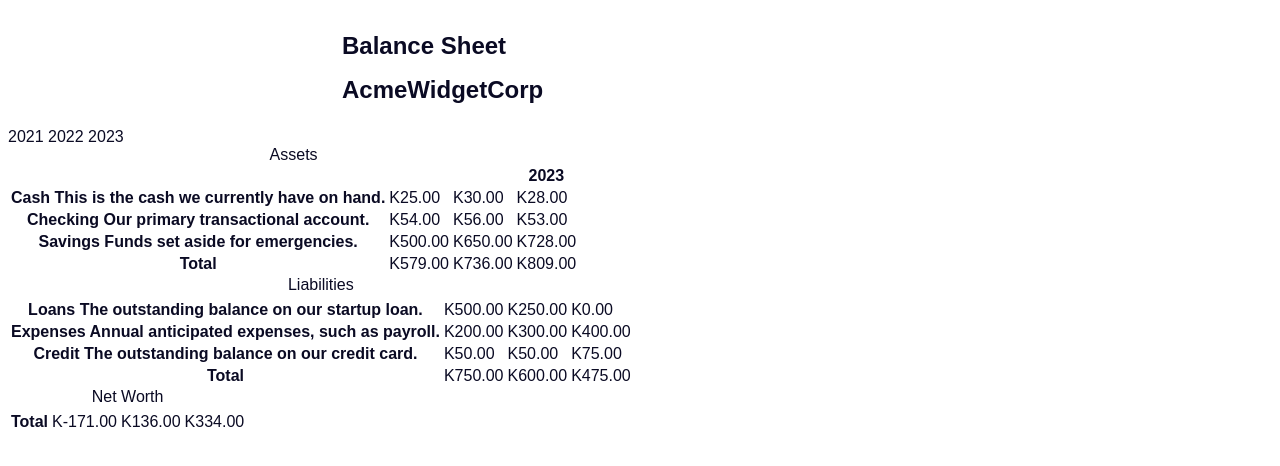
Repository: Lungdjos/balance_shee
Page: index.html
An editor plug-in stored every save of this project. The page is shown before and after the next save, followed by the edit.
The browser window is 1280 px wide. The pictures show the whole page.

Above is the page before, as saved 2023-10-31 17:37:24.

### index.html
<!DOCTYPE html>
<html lang="en">

<head>
    <meta charset="UTF-8">
    <meta name="viewport" content="width=device-width, initial-scale=1.0">
    <title>Balance Sheet</title>
    <link rel="stylesheet" href="styles.css">
</head>

<body>
    <main>
        <section>
            <h1>
                <span class="flex">
                <span>AcmeWidgetCorp</span>
                <span>Balance Sheet</span>
                </span>
            </h1>
            <div id="years" aria-hidden="true">
                <span class="year">2021</span>
                <span class="year">2022</span>
                <span class="year">2023</span>
            </div>
            <div class="table-wrap">
                <table>
                    <caption>Assets</caption>
                    <thead>
                        <tr>
                            <td></td>
                            <th><span class="sr-only year">2021</span></th>
                            <th><span class="sr-only year">2022</span></th>
                            <th class="current"><span class="current">2023</span></th>
                        </tr>
                    </thead>
                    <tbody>
                        <tr class="data">
                            <th>
                                Cash <span class="description">This is the cash we currently have on hand.</span>
                            </th>
                            <td>K25.00</td>
                            <td>K30.00</td>
                            <td class="current">K28.00</td>
                        </tr>
                        <tr class="data">
                            <th>
                                Checking <span class="description">Our primary transactional account.</span>
                            </th>
                            <td>K54.00</td>
                            <td>K56.00</td>
                            <td class="current">K53.00</td>
                        </tr>
                        <tr class="data">
                            <th>
                                Savings <span class="description">Funds set aside for emergencies.</span>
                            </th>
                            <td>K500.00</td>
                            <td>K650.00</td>
                            <td class="current">K728.00</td>
                        </tr>
                        <tr class="total">
                            <th>
                                Total <span class="sr-only">Assets</span>
                            </th>
                            <td>K579.00</td>
                            <td>K736.00</td>
                            <td class="current">K809.00</td>
                        </tr>
                    </tbody>
                </table>
                <table>
                    <caption>Liabilities</caption>
                    <thead>
                        <tr>
                            <td></td>
                            <th><span class="sr-only">2021</span></th>
                            <th><span class="sr-only">2022</span></th>
                            <th><span class="sr-only">2023</span></th>
                        </tr>
                    </thead>
                    <tbody>
                        <tr class="data">
                            <th>
                                Loans <span class="description">The outstanding balance on our startup loan.</span>
                            </th>
                            <td>K500.00</td>
                            <td>K250.00</td>
                            <td class="current">K0.00</td>
                        </tr>
                        <tr class="data">
                            <th>
                                Expenses <span class="description">Annual anticipated expenses, such as payroll.</span>
                            </th>
                            <td>K200.00</td>
                            <td>K300.00</td>
                            <td class="current">K400.00</td>
                        </tr>
                        <tr class="data">
                            <th>
                                Credit <span class="description">The outstanding balance on our credit card.</span>
                            </th>
                            <td>K50.00</td>
                            <td>K50.00</td>
                            <td class="current">K75.00</td>
                        </tr>
                        <tr class="total">
                            <th>
                                Total <span class="sr-only">Liabilities</span>
                            </th>
                            <td>K750.00</td>
                            <td>K600.00</td>
                            <td class="current">K475.00</td>
                        </tr>
                    </tbody>
                </table>
                <table>
                    <caption>Net Worth</caption>
                    <thead>
                        <tr>
                            <td></td>
                            <th><span class="sr-only">2021</span></th>
                            <th><span class="sr-only">2022</span></th>
                            <th><span class="sr-only">2023</span></th>
                        </tr>
                    </thead>
                    <tbody>
                        <tr class="total">
                            <th>
                                Total <span class="sr-only">Net Worth</span>
                            </th>
                            <td>K-171.00</td>
                            <td>K136.00</td>
                            <td class="current">K334.00</td>
                        </tr>
                    </tbody>
                </table>
            </div>
        </section>
    </main>
</body>

</html>

</html>

</html>

### styles.css
/* general styling */

html {
    box-sizing: border-box;
}

body {
    font-family: sans-serif;
    color: #0a0a23;
}

span[class~="sr-only"] {
    border: 0;
    clip: rect(1px, 1px, 1px, 1px);
    clip-path: inset(50%);
    width: 1px;
    height: 1px;
    overflow: hidden;
    white-space: nowrap;
    position: absolute;
    padding: 0;
    margin: 1px;
}


/* table styling */

h1 {
    max-width: 37.25rem;
    margin: 0 auto;
    padding: 1.5rem 1.25rem;
}

h1 .flex {
    display: flex;
    flex-direction: column-reverse;
    gap: 1rem;
}

h1 .flex span:first-of-type {
    font-size: ;
}

After the next save:
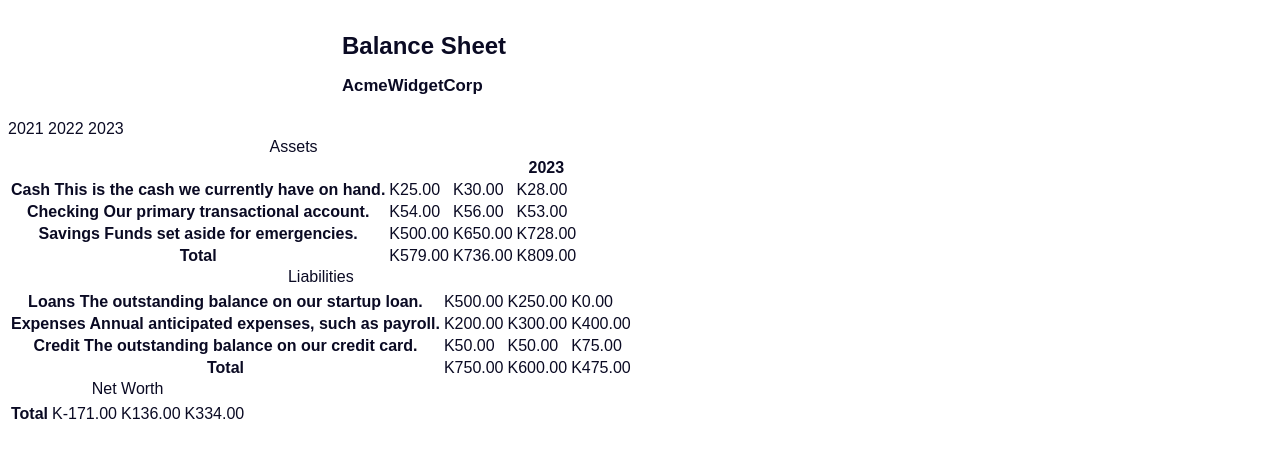
Saved 4 s later.
--- a/styles.css
+++ b/styles.css
@@ -38,5 +38,5 @@ h1 .flex {
 }
 
 h1 .flex span:first-of-type {
-    font-size: ;
+    font-size: .7em;
 }
